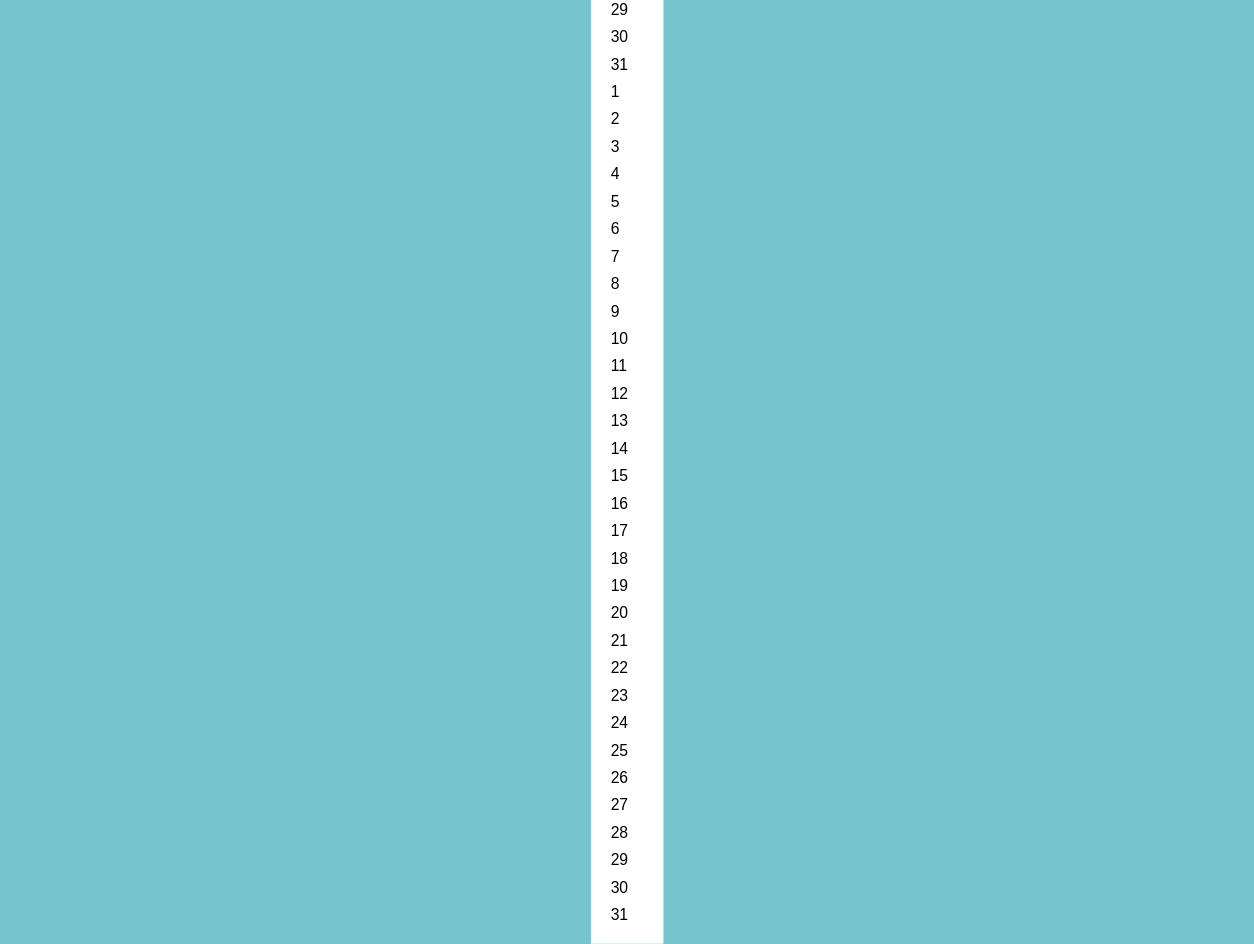
Repository: KYUUBI-K/HTML
Page: За 1 курс/Лаб 4/calendar.html
The author's editor kept a copy of each file at every save. The page is drawn from the files as they stood at one save, then again after the next save.
The browser window is 1280 px wide. The pictures show the whole page, at 98% of full size.

Above is the page before, as saved 2021-03-30 13:21:15.

After the next save:
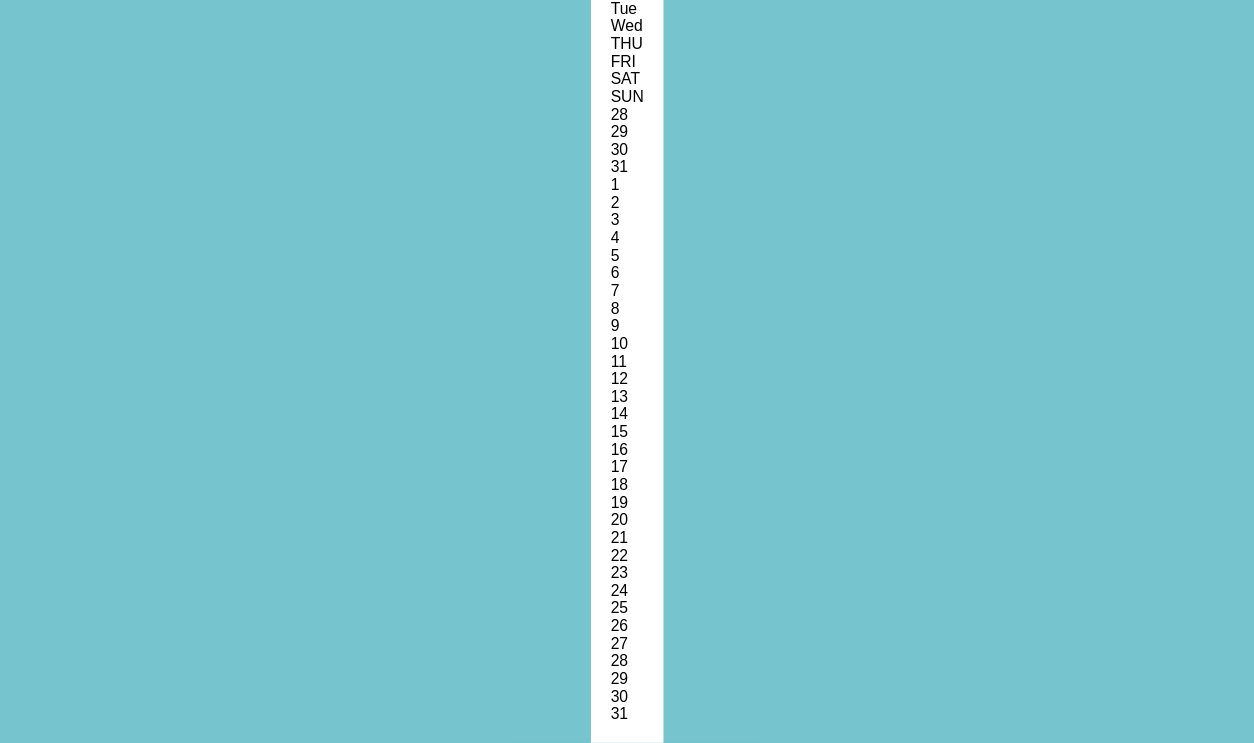
Saved 17 s later.
--- a/За 1 курс/Лаб 4/for_calend.css
+++ b/За 1 курс/Лаб 4/for_calend.css
@@ -17,7 +17,7 @@
 .calendar .date{
     padding: 20px;
     display: grid;
-    grid-template-columns: repeat(auto-fit,minmax(25px,1fr));
+    grid-template-columns: repeat(auto-fit;
     grid-gap: 10px;
     box-sizing: border-box;
 

After the save that followed:
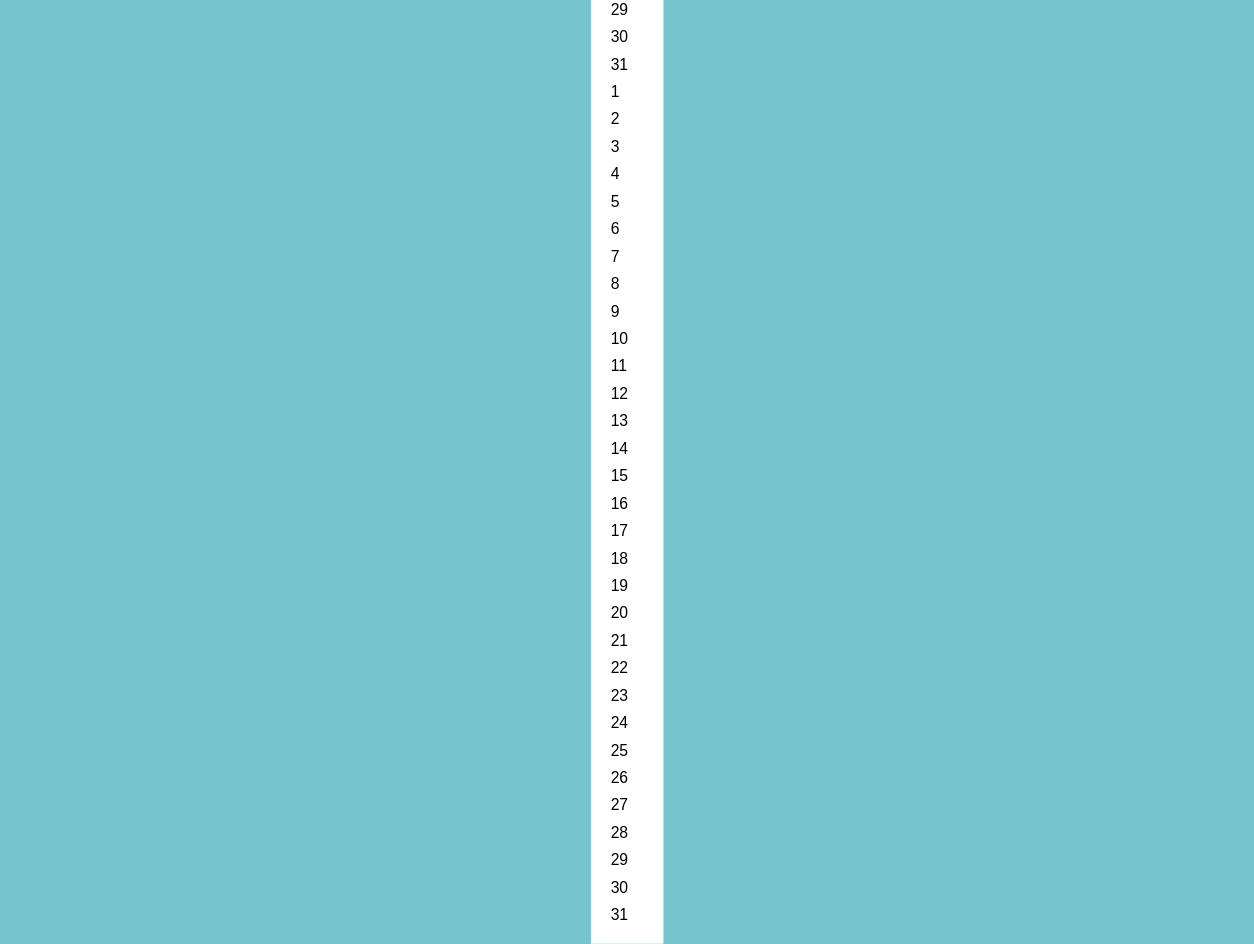
Saved 6 s later.
--- a/За 1 курс/Лаб 4/for_calend.css
+++ b/За 1 курс/Лаб 4/for_calend.css
@@ -17,7 +17,7 @@
 .calendar .date{
     padding: 20px;
     display: grid;
-    grid-template-columns: repeat(auto-fit;
+    grid-template-columns: repeat(auto-fit);
     grid-gap: 10px;
     box-sizing: border-box;
 
